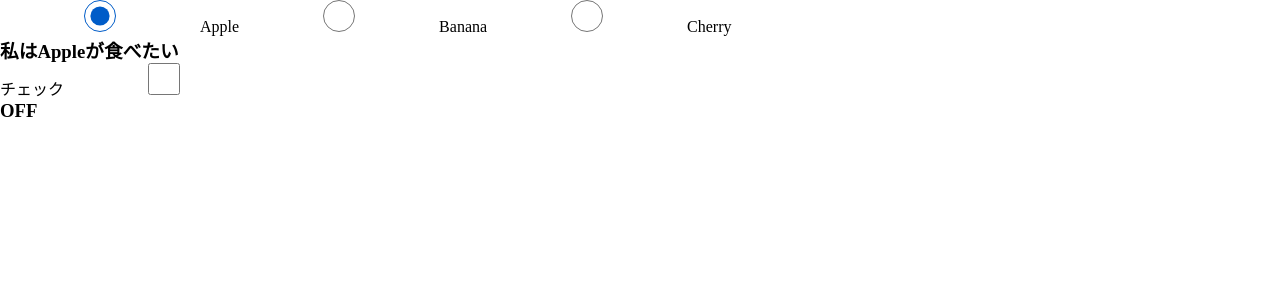
Repository: FujieRyou/react_practice
Page: /
The author's editor kept a copy of each file at every save. The page is drawn from the files as they stood at one save, then again after the next save.
The browser window is 1280 px wide. The pictures show the whole page.
The project was rebuilt for these pictures with package versions that can differ from the ones it lists, and the page was loaded fresh each time. Also part of the build but not shown: vite.config.js, src/components/testComponent.jsx, src/components/todoComponent.jsx, src/components/countUp.jsx, src/components/switchFlag.jsx, src/components/props1.jsx, src/components/profile.jsx, src/components/ivent.jsx and 5 more.

Above is the page before, as saved 2023-01-25 02:43:48.

After the next save:
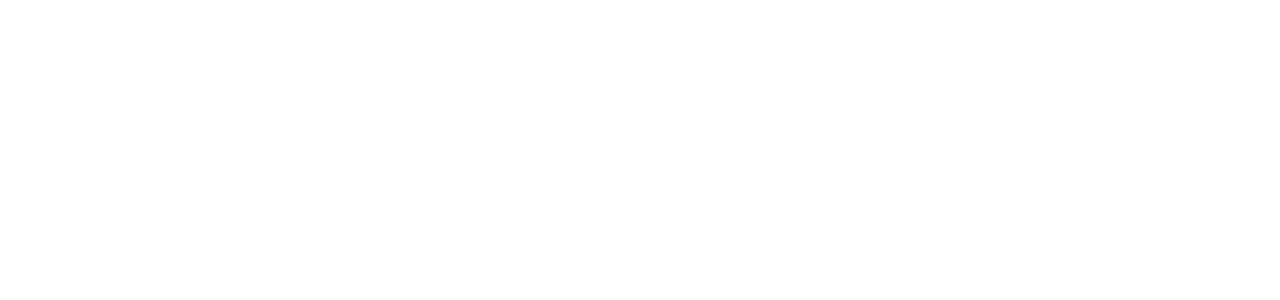
Console error: ReferenceError: onCheck is not defined
Saved 4 min 9 s later.
--- a/src/components/checkBox.jsx
+++ b/src/components/checkBox.jsx
@@ -2,10 +2,11 @@
 
 const CheckBox = () =>{
 
-    const [checked , setChecked] = useState("OFF")
-    const onCheck = () =>{
+    const [isChecked,setIsChecked] = useState(true)
+    const toggleChecked = (e) =>{
+        console.log(e);
+    }
 
-    }
     return(
         <div>
             <label htmlFor="myCheck">チェック</label>

After the save that followed:
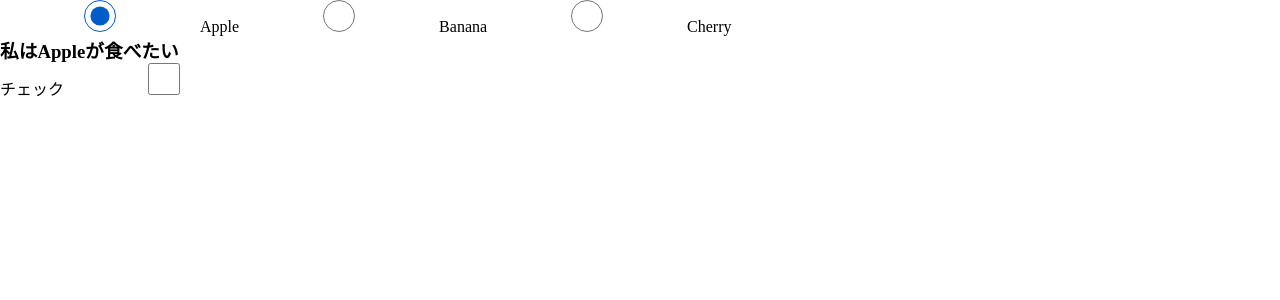
The error is gone.
Saved 44 s later.
--- a/src/components/checkBox.jsx
+++ b/src/components/checkBox.jsx
@@ -13,10 +13,10 @@
             <label htmlFor="">
                 <input type="checkBox"
                 id="myCheck"
-                onChange={onCheck}
+                onChange={(e)=>{toggleChecked(e)}}
                 />
             </label>
-            <h3>{checked}</h3>
+            <h3></h3>
         </div>
     )
 }
